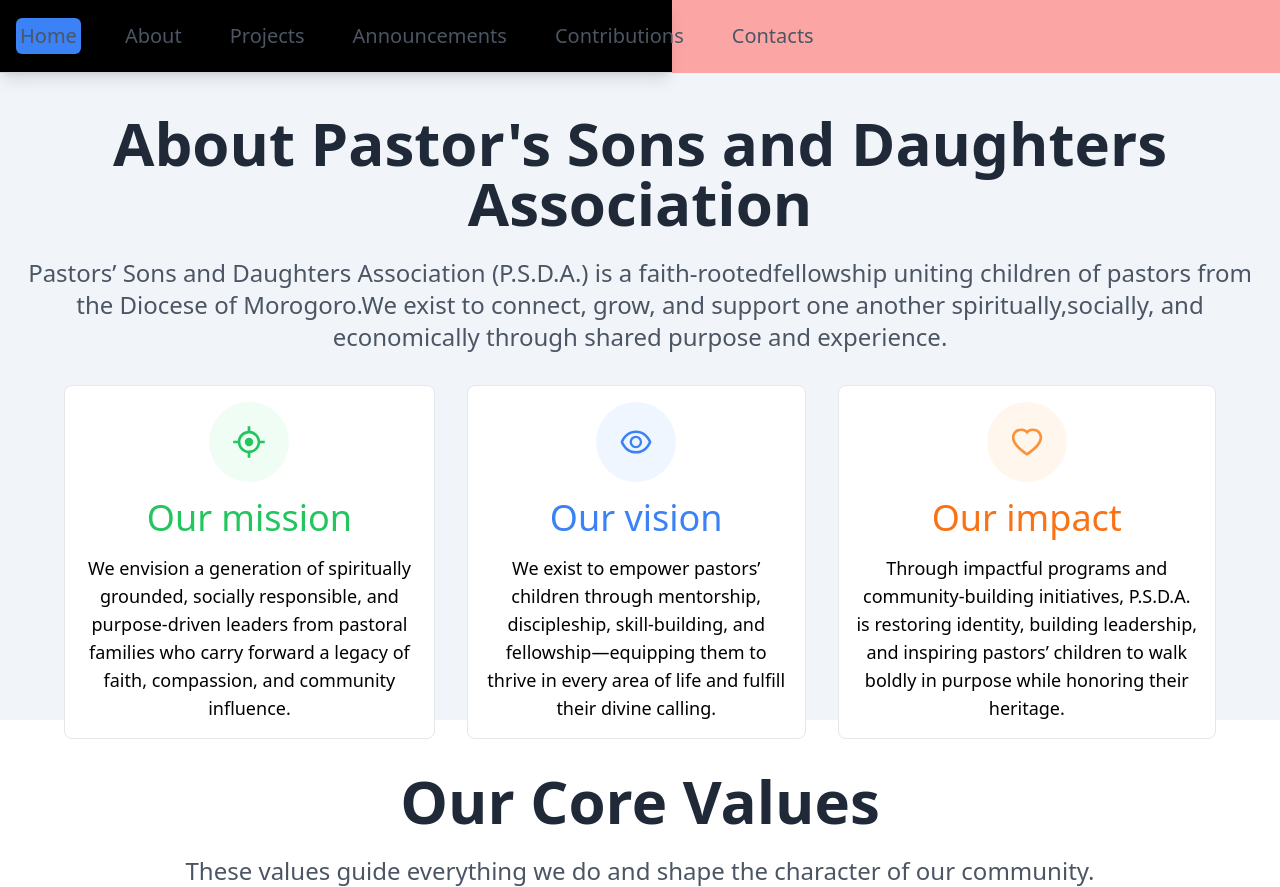
Repository: Zedestar/psda
Page: /about
The author's editor kept a copy of each file at every save. The page is drawn from the files as they stood at one save, then again after the next save.
The browser window is 1280 px wide. The pictures show the whole page.
The project was rebuilt for these pictures with package versions that can differ from the ones it lists, and the page was loaded fresh each time. Also part of the build but not shown: src/pages/home/home.jsx, src/pages/projects/projects.jsx, src/pages/announcements/announcements.jsx, src/pages/contirbutions/contributions.jsx, src/pages/contacts/contacts.jsx.

Above is the page before, as saved 2025-07-18 20:53:46.

After the next save:
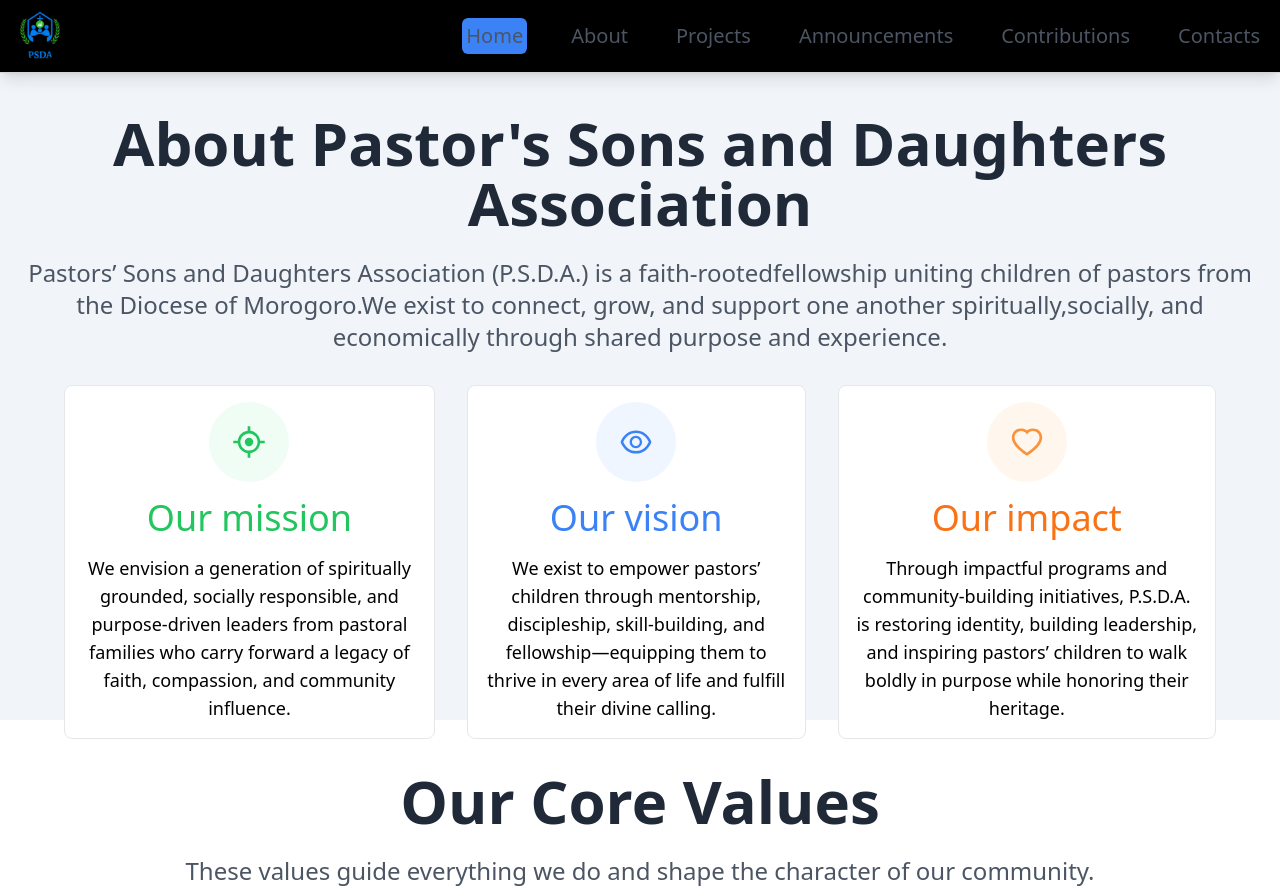
Saved 36 s later.
--- a/src/components/header/header.jsx
+++ b/src/components/header/header.jsx
@@ -7,7 +7,7 @@ function Header() {
   const [active, setActive] = useState(1);
   return (
     <div className="w-full items-center justify-center bg-red-300">
-      <header className="flex items-center justify-between px-4 py-3 border-b border-b-gray-300 shadow-lg max-w-2xl bg-black">
+      <header className="flex items-center justify-between px-4 py-3 border-b border-b-gray-300 shadow-lg max-w-screen-2xl bg-black">
         <div className="text-3xl rounded-full overflow-hidden">
           <img className="h-12 w-12" src={psdaImage} alt="" />
         </div>{" "}
